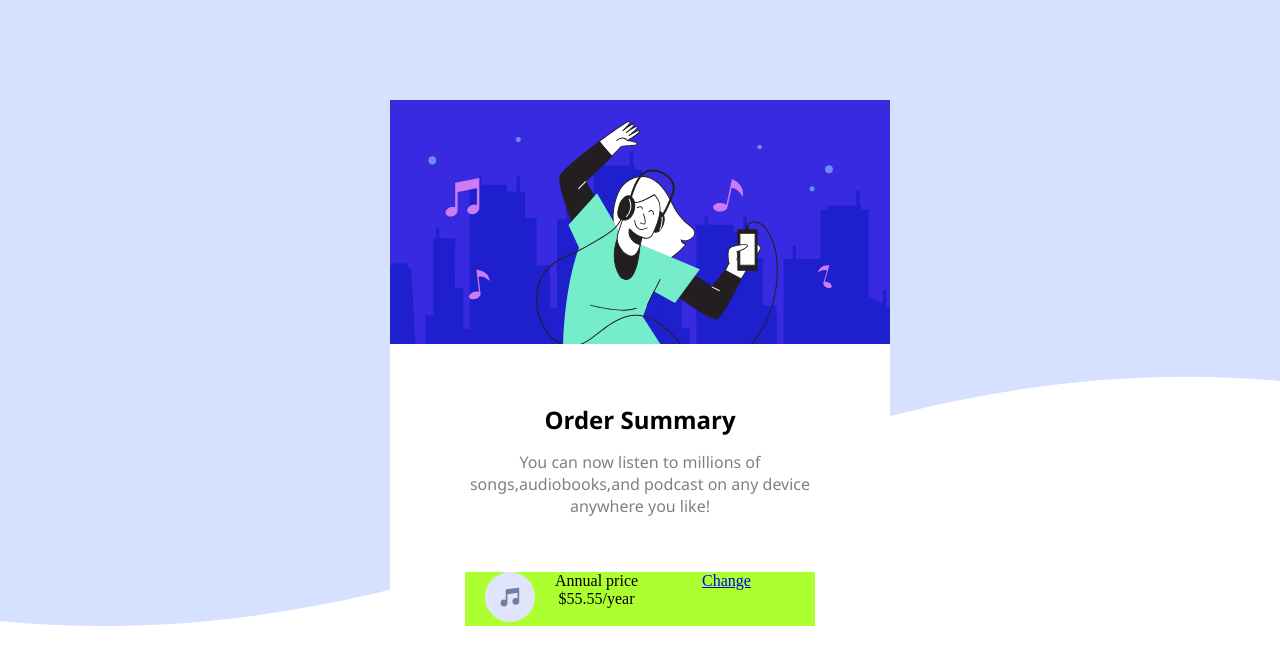
Repository: Eugene44-hub/newbie-project
Page: index.html
These files come from the project's save history. The page is drawn as it stood at one moment and after the next save; the edit follows.
The browser window is 1280 px wide. The pictures show the whole page.

Above is the page before, as saved 2021-08-29 03:37:09.

After the next save:
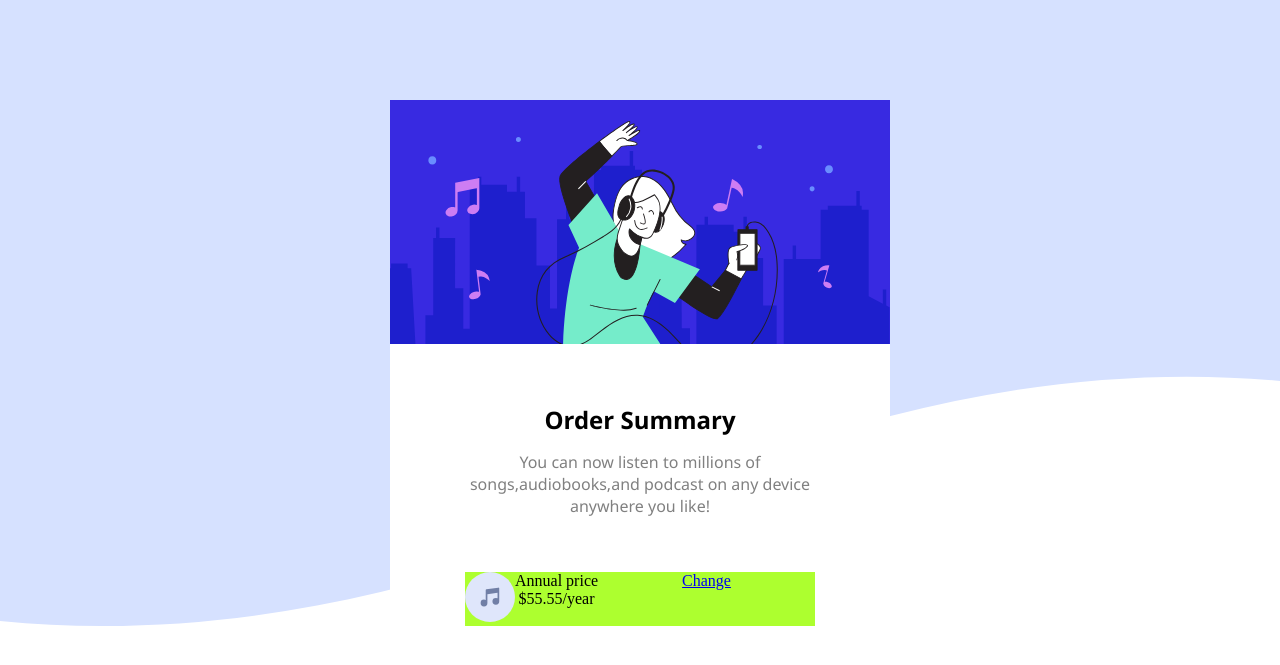
Saved 15 s later.
--- a/style.css
+++ b/style.css
@@ -64,8 +64,6 @@ p {
 .musicIcon {
     flex: 80%;
     max-width: 50px;
-    margin-right: 20px;
-    margin-left: 20px;
 }
 
 .price {
